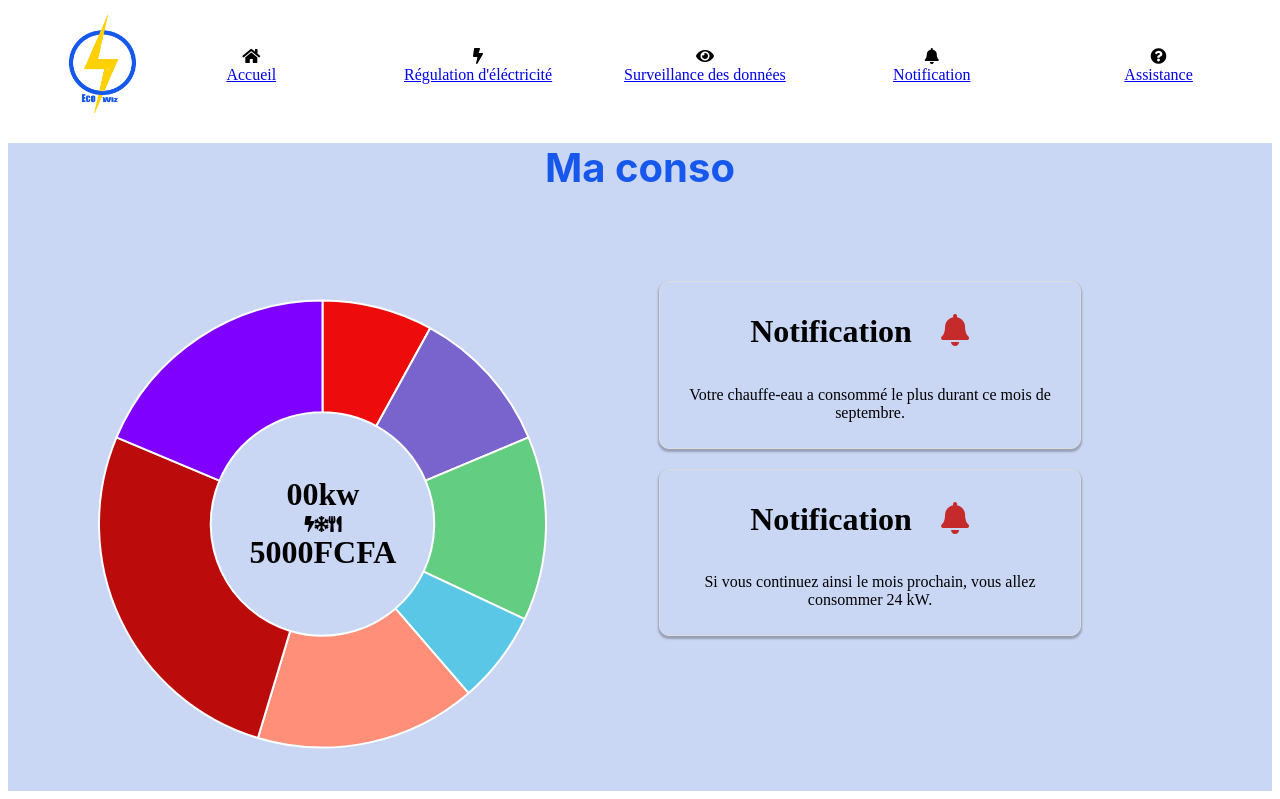
Repository: hamdia200/OSC-Ecowiz
Page: http://localhost/accueil
The author's editor kept a copy of each file at every save. The page is drawn from the files as they stood at one save, then again after a run of saves.
The browser window is 1280 px wide. The pictures show the whole page.
The page is served by the project's Laravel application, run on PHP 8.4 with Laravel 10. Other server files are loaded and not shown.

Above is the page before, as saved 2023-08-22 22:53:34.
Console error: TypeError: myChart._getArcLength is not a function

### routes/web.php
<?php

use Illuminate\Support\Facades\Route;

/*
|--------------------------------------------------------------------------
| Web Routes
|--------------------------------------------------------------------------
|
| Here is where you can register web routes for your application. These
| routes are loaded by the RouteServiceProvider and all of them will
| be assigned to the "web" middleware group. Make something great!
|
*/

Route::get('/', function () {
    return view('welcome');
});

Route::get('/centrale', function () {
    return view('centrale');
});
Route::get('/accueil', function () {
    return view('accueil');
});
Route::get('/inscription', function () {
    return view('inscription');
});
Route::get('/login', function () {
    return view('login');
});
Route::get('/regulation', function () {
    return view('regulation');
});
Route::get('/Surveillance', function () {
    return view('Surveillance');
});

### resources/views/accueil.blade.php
@extends ("menu")
@section('content')
<meta charset="UTF-8">
    <meta name="viewport" content="width=device-width, initial-scale=1.0">
    <link rel="stylesheet" href="https://cdnjs.cloudflare.com/ajax/libs/font-awesome/5.15.3/css/all.min.css">
    <script src="https://cdn.jsdelivr.net/npm/chart.js"></script>
    <title>Accueil</title>
    <style>

        .body{
            display: flex;
        }
        .container{
            background-color: #C9D6F4;
            max-width: 100%;
            height: 90vh;

        }
        .circle-container {
            position: relative;
            width: 300px;
            height: 300px;
            margin: 5rem;
        }

        .chart-container {
            position: relative;
            width: 449.994px;
            height: 449.994px;
            display: flex;
            flex-direction: column;
            align-items: center;
            padding-left: 10px;
            padding-right: 10px;
        }

        .notification-container {
            width: 100%;
            text-align: center;
            margin-top: 20px;
            display: flex;
            flex-direction: column;
            align-items: center;
            padding-left: 50px;
            padding-right: 50px;
        }

        .notification {
            padding: 10px;
            margin: 10px;
            border: 1px solid #ddd;
            width: 80%;
            max-width: 400px;
            text-align: center;
            border-radius: 10px;
            background: #C9D6F4;
            box-shadow: 0px 2px 2px 1px rgba(0, 0, 0, 0.25);
        }
        .content{
            display: flex;
            align-items: center;
            justify-content: space-between;
        }
        .icon{
            position: absolute;
            top: 50%;
            left: 50%;
            transform: translate(-50%, -50%);
            width: 100%;
            height: 100%;
            display: flex;
            justify-content: center;
            align-items: center;
        }
        .chiffre {
            position: absolute;
            top: 50%;
            left: 50%;
            transform: translate(-50%, -50%);
            text-align: center;
            }
            .text{
                text-align: center;
                color: var(--primary, #1758EC);
                font-family: Inter;
                font-size: 20px;
                font-style: normal;
                font-weight: 700;
                line-height: normal;
                border-radius: 10px;
                border: 0px solid #000;
                flex-shrink: 0;
            }



    </style>


    </style>
    <body>
    <div class="container">
        <div class="text">
            <h1>Ma conso </h1>
        </div>
        <div class="content">
                <div class="circle-container">
                    <div class="chart-container">
                        <canvas id="myChart"></canvas>
                        <div class="chiffre">
                            <h1>00kw</h1>
                            <h1>5000FCFA</h1>
                        </div>
                        <div class="icon">
                            <i class="fas fa-bolt icon-left"></i>
                            <i class="fas fa-snowflake icon-top" ></i>
                            <i class="fas fa-utensils icon-bottom"></i>

                        </div>
                    </div>
                </div>

                <div class="notification-container">
                    <div class="notification">
                        <h1>Notification <i class="fas fa-bell" style="width: 50px; height: 50px; padding-left:10px; padding-right:10px;color:#C52B2B"></i></h1>
                        <p>Votre chauffe-eau a consommé le plus durant ce mois de septembre.</p>
                    </div>
                    <div class="notification">
                        <h1>Notification <i class=" fas fa-bell" style="width: 50px; height: 50px; padding-left:10px; padding-right:10px;color:#C52B2B"></i></h1>
                        <p>Si vous continuez ainsi le mois prochain, vous allez consommer 24 kW.</p>
                    </div>
                </div>
        </div>
                <script>

                    var ctx = document.getElementById('myChart').getContext('2d');
                    var myChart = new Chart(ctx, {
                        type: 'doughnut', // Type de graphique en forme de cercle
                        data: {
                            labels: ['Chauffe-eau ', 'Climatisation', 'Téléviseur','Réfrigerateur','ventilateur','ampoule','Thermostre'], // Étiquettes de chaque section
                            datasets: [{
                                data: [30, 40, 50,25,60,100,70], // Données pour chaque section
                                backgroundColor: ['#EE0B0B', '#7963CD', '#63CD81','#5BC7E6','#FF8F78','#BB0B0B','#7F00FF'],
                            }]
                        },
                        options: {
                        plugins: {
                            legend: {
                                display: false // Masquer la légende
                            },
                            pieceLabel: {
                                render: 'image', // Utiliser une image comme étiquette
                                fontColor: 'black', // Couleur du texte
                                imageOffset: {x: 0, y: 0}, // Ajuster le décalage de l'image
                                position: 'border', // Position de l'image (inside, outside, border)
                                images: [{src: 'venti.png', width: 40, height: 40},{src: 'light.png', width: 40, height: 40}],// Configurer l'image de l'icône
                            }
                        }
                    }
                    });

                    var iconContainer = document.querySelector('.icon');
                    var sections = myChart.data.datasets[0].data;
                    var iconWidth = 40; // Largeur de l'icône en pixels
                    var radius = myChart.innerRadius + (myChart.outerRadius - myChart.innerRadius) / 2;

                    sections.forEach(function (value, index) {
                    var angle = (myChart.startAngle + myChart._getArcLength() * (index + 0.5)) - Math.PI / 2;
                    var icon = document.createElement('img');
                    icon.src = index === 0 ? 'chauffe-eau.png' : 'clim.png';
                    icon.width = icon.height = iconWidth;
                    icon.style.position = 'absolute';
                    icon.style.top = radius * Math.sin(angle) + 'px';
                    icon.style.left = radius * Math.cos(angle) + 'px';
                    icon.style.transform = 'translate(-50%, -50%)';
                    iconContainer.appendChild(icon);
        });
                </script>

        </body>

        </html>
    </div>
@endsection

### resources/views/menu.blade.php
<!DOCTYPE html>
<html>
    <head>
        <meta charset="UTF-8">
        <meta name="viewport" content="width=device-width, initial-scale=1.0">
        <link rel="stylesheet" href="{{asset('bootstrap-5/css/bootstrap.min.css')}}">
        <link rel="stylesheet" href="{{asset('icofont/icofont.min.css')}}">
        <link rel="stylesheet" href="https://maxcdn.bootstrapcdn.com/font-awesome/4.7.0/css/font-awesome.min.css">
        <link rel="stylesheet" href="https://cdnjs.cloudflare.com/ajax/libs/font-awesome/5.15.3/css/all.min.css">

        <title>menu</title>
        <style>
            body {
                overflow: hidden;
            }
            .menu-horizontal {
                list-style-type: none;
                display: flex;
                align-items: center;
                justify-content: center;
                background-color:#FFFFFF;
                height: 100px;
            }

            .menu-horizontal li {
                margin: 0;
                padding: 0;
                flex: 1;
                text-align: center; /* Centre le contenu */
            }

            .menu-item {
                display: flex;
                flex-direction: column;
                align-items: center;
                justify-content: center;
                text-decoration: none;
            }

            .menu-icon {
                width: 50px;
                height: 50px;
            }

            .menu-text {
                display: flex;
                justify-content: center;
                font-size: 16px;
                align-items: center;
                margin-top: 2px;
                padding-inline: -5px;
                text-decoration: none;


            }

            .logo {
                padding-left: 20px;
                height: 100px;
            }
            .wrap  {
                margin-inline:  auto  ;
            }
            .head{
                position: sticky;
            }
        </style>
    </head>

    <body>
        <header class="head">
                <ul class="menu-horizontal fixed-top wrap">
                    <div class="header">
                        <img src="{{asset('/image/ecow.png')}}" alt="" class="logo">
                    </div>
                    <li>
                        <span class="menu-item">
                            <i class="fas fa-home"></i> <a href="accueil.blade.php"><span class="menu-text">Accueil</span></a>
                        </span>

                    </li>
                    <li>
                        <span class="menu-item">
                            <i class="fas fa-bolt"></i> <a href="regulation.blade.php"><span class="menu-text">Régulation d'éléctricité </span></a>
                        </span>
                    </li>

                    <li>
                        <span class="menu-item">
                            <i class="fas fa-eye"></i> <a href="Surveillance.blade.php"><span class="menu-text">Surveillance des données </span></a>
                        </span>
                    </li>
                    <li>
                        <span class="menu-item">
                            <i class="fas fa-bell"></i> <a href="notification.blade.php"><span class="menu-text">Notification</span></a>
                        </span>
                    </li>
                    <li>
                        <span class="menu-item">
                            <i class="fas fa-question-circle"></i> <a href="assistance.blade.php"><span class="menu-text">Assistance</span></a>
                        </span>
                    </li>
                </ul>

        </header>
        <div class="container">
                @yield('content')
        </div>

    </body>


</html>

After the next 2 saves:
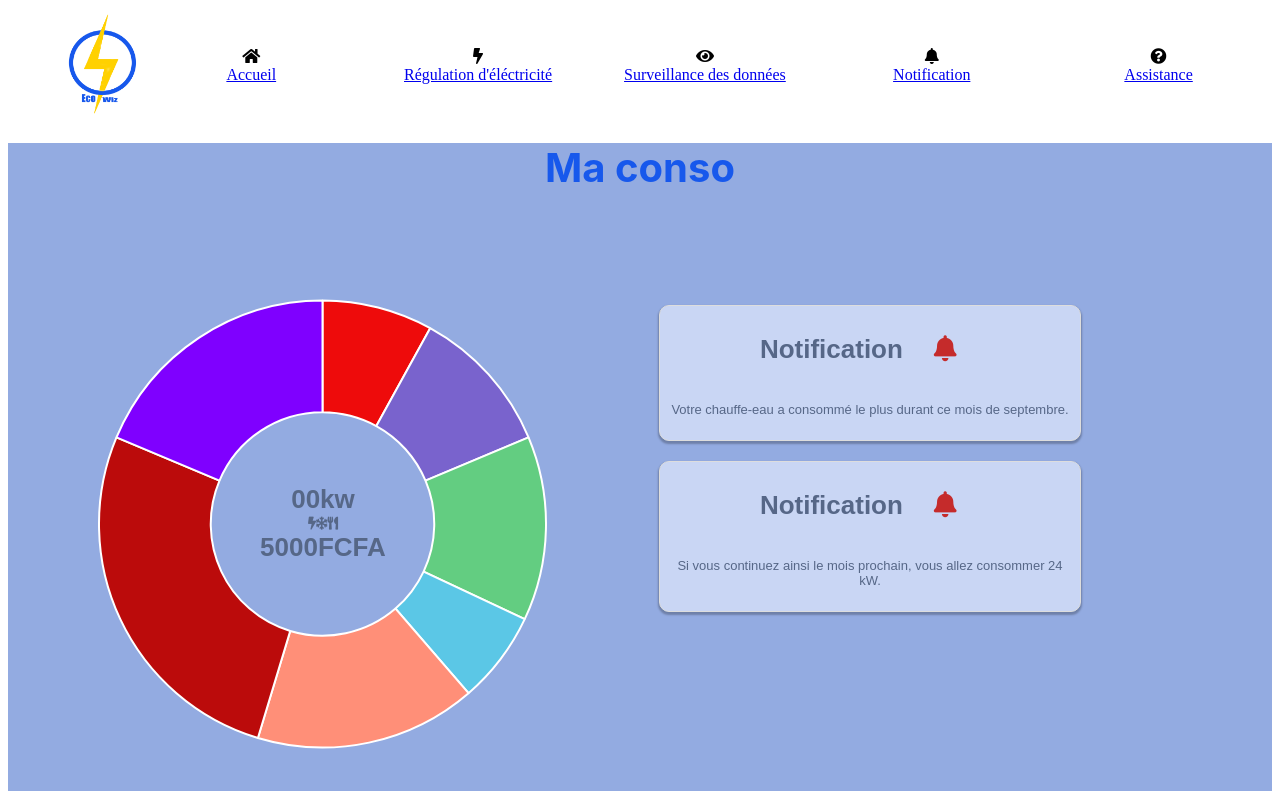
The 2 saves are shown as one change because they came seconds apart.
The last was saved 3 min 24 s later.
--- a/resources/views/accueil.blade.php
+++ b/resources/views/accueil.blade.php
@@ -14,6 +14,10 @@
             background-color: #C9D6F4;
             max-width: 100%;
             height: 90vh;
+            color: #566787;
+	background: #93ABE1;
+	font-family: 'Varela Round', sans-serif;
+	font-size: 13px;
 
         }
         .circle-container {

After the save that followed:
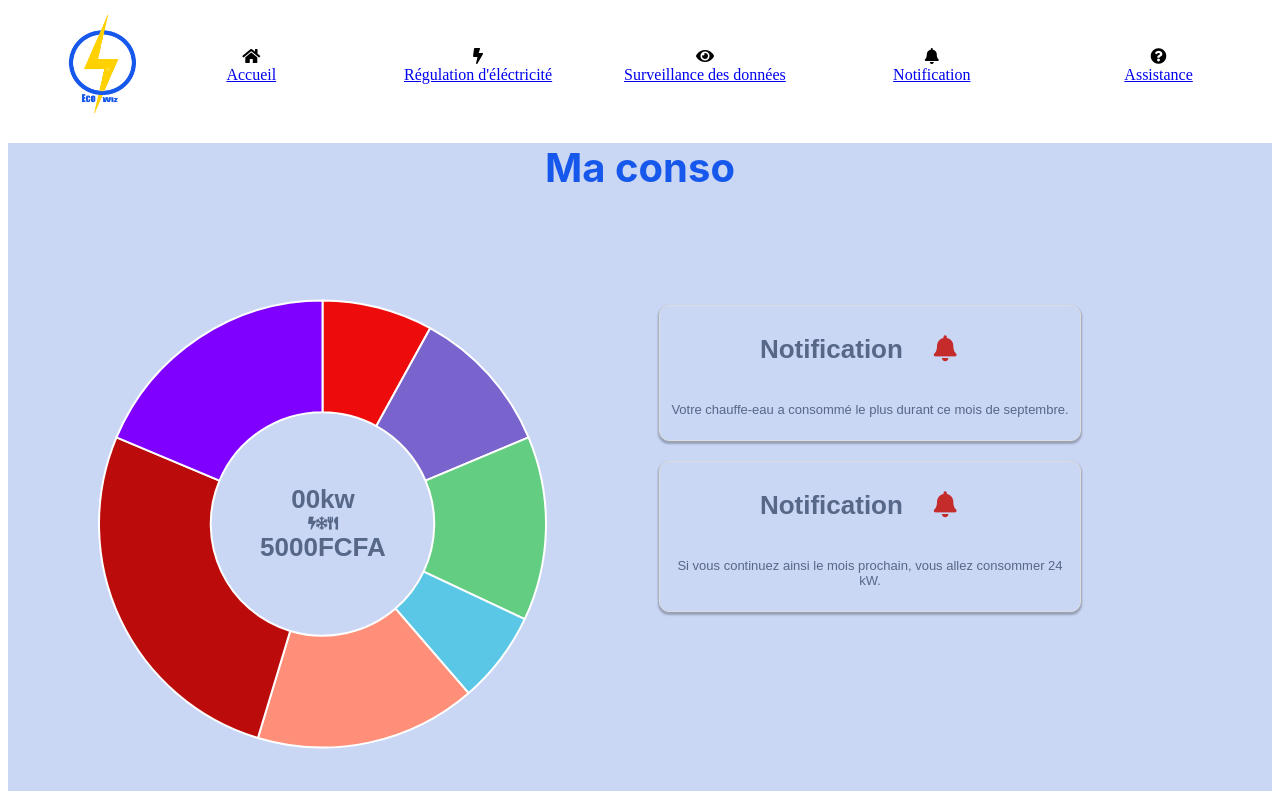
Saved 5 s later.
--- a/resources/views/accueil.blade.php
+++ b/resources/views/accueil.blade.php
@@ -15,7 +15,6 @@
             max-width: 100%;
             height: 90vh;
             color: #566787;
-	background: #93ABE1;
 	font-family: 'Varela Round', sans-serif;
 	font-size: 13px;
 
